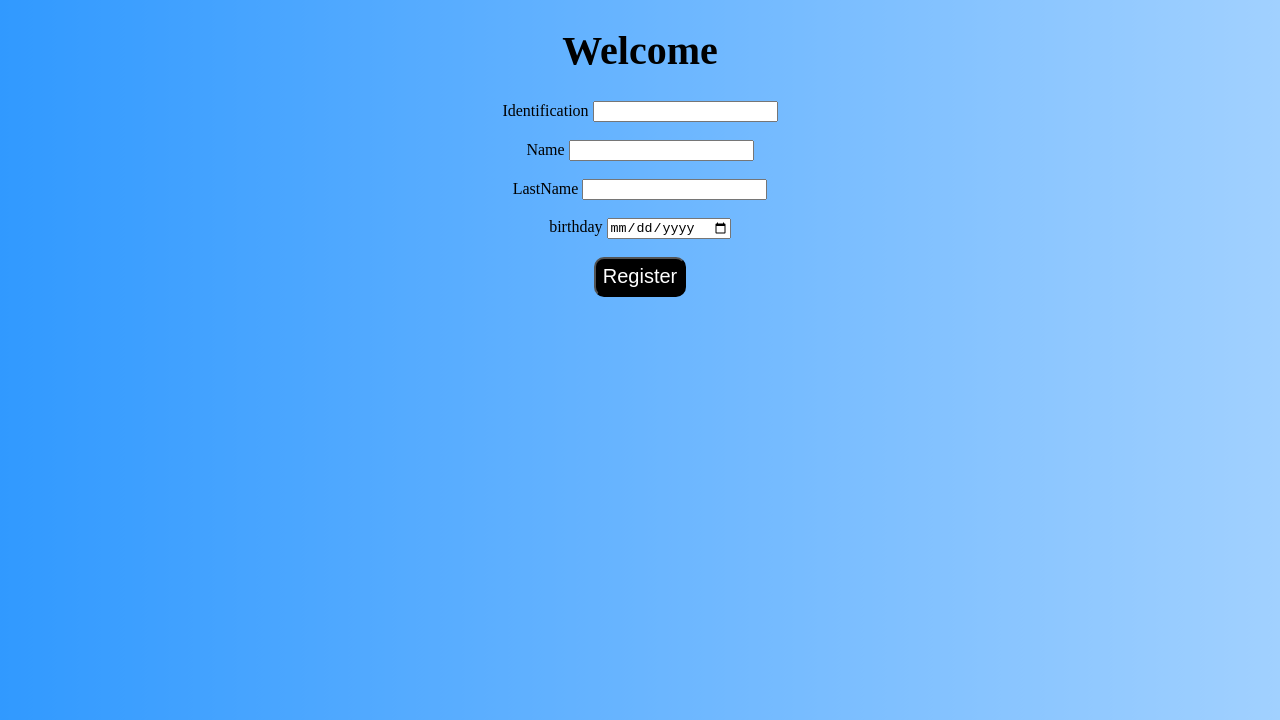
Repository: darubio90/app-tech
Page: http://localhost/
The author's editor kept a record of every edit. The page is drawn from the files as they stood at one moment, then again after the next edit.
The browser window is 1280 px wide. The pictures show the whole page.
The page is served by the project's application, run on Flask 3 (server.py).

Above is the page before.

### templates/home.html
<!DOCTYPE html>
<html>
    <head>
        <meta http-equiv="content-type" content="text/html; charset=utf-8" />
        <title>Web Page </title>
        <link rel="stylesheet" href="../static/css/styleRegister.css" type="text/css" media="all" />
        <script src="../static/js/appRegister.js" type="text/javascript" charset="utf-8"></script>
    </head>
    <body>
        <h1 >Welcome</h1>
        <form action="/register_user" method="POST">
           <label>Identification</label> <input type="number" name="id" /><br> <br>
           <label>Name</label> <input type="text" name="name" /><br> <br>
           <label>LastName</label> <input type="text" name="lastName"> <br> <br>
           <label>birthday</label> <input type="date" name="birthday"> <br> <br>
           <button onClick="registerUser()">Register</button>

    </body>
</html>

### server.py
from flask import Flask, render_template, request

app = Flask(__name__)

@app.route("/")
def home_page():
    return render_template("home.html")

@app.route("/register_page")
def register_page():
    return render_template("register.html")

@app.route("/register_user", methods=["post"])
def register_user():
    id = request.form["id"]
    name = request.form["name"]
    lastname = request.form["lastname"]
    birthday = request.form["birthday"]
    print(id, name, lastname, birthday)
    return "Ok"

if __name__ == "__main__":
    host = '0.0.0.0'
    port = '8080'
    app.run(host, port)

### static/css/styleRegister.css
h1 {
    text-align: center;
    font-size: 40px;
}
body {
    background: linear-gradient(to right, #1e90ff, #ffffff); /* Azul oscuro (#1e90ff) a Blanco (#ffffff) */
    background-size: 200% 200%;
    animation: gradient 60s linear infinite; /* Aumentamos la duración de la animación a 20 segundos */
}

@keyframes gradient {
    0% {
        background-position: 0% 50%;
    }
    50% {
        background-position: 100% 50%;
    }
    100% {
        background-position: 0% 50%;
    }
}


button {
    font-size: 20px;
    background-color: black;
    color: white;
    border-radius: 10px;
    padding: 0.5%;
    margin-left: 0.3%;
    margin-right: 0.3%;
}
form{
    text-align: center;
}

### static/js/appRegister.js
function register(){
    window.location = "/register_page"
}
function consult(){
    alert("Boton de consulta clickeado")
}

### static/css/styleHome.css
img {
    border-style: ridge;
    border-color: white;
    height: 450px;
}
h1 {
    text-align: center;
    font-size: 40px;
}
h2 {
    text-align: center;
    color: white;
}
div{
    text-align: center;
}

button {
    font-size: 20px;
    background-color: black;
    color: white;
    border-radius: 10px;
    padding: 0.5%;
    margin-left: 0.3%;
    margin-right: 0.3%;
}

body {
    background: linear-gradient(to right, #1e90ff, #ffffff); /* Azul oscuro (#1e90ff) a Blanco (#ffffff) */
    background-size: 200% 200%;
    animation: gradient 20s linear infinite; /* Aumentamos la duración de la animación a 20 segundos */
}

@keyframes gradient {
    0% {
        background-position: 0% 50%;
    }
    50% {
        background-position: 100% 50%;
    }
    100% {
        background-position: 0% 50%;
    }
}

### static/js/appHome.js
function register(){
    window.location = "/register_page"
}
function consult(){
    alert("Boton de consulta clickeado")
}

After the next edit:
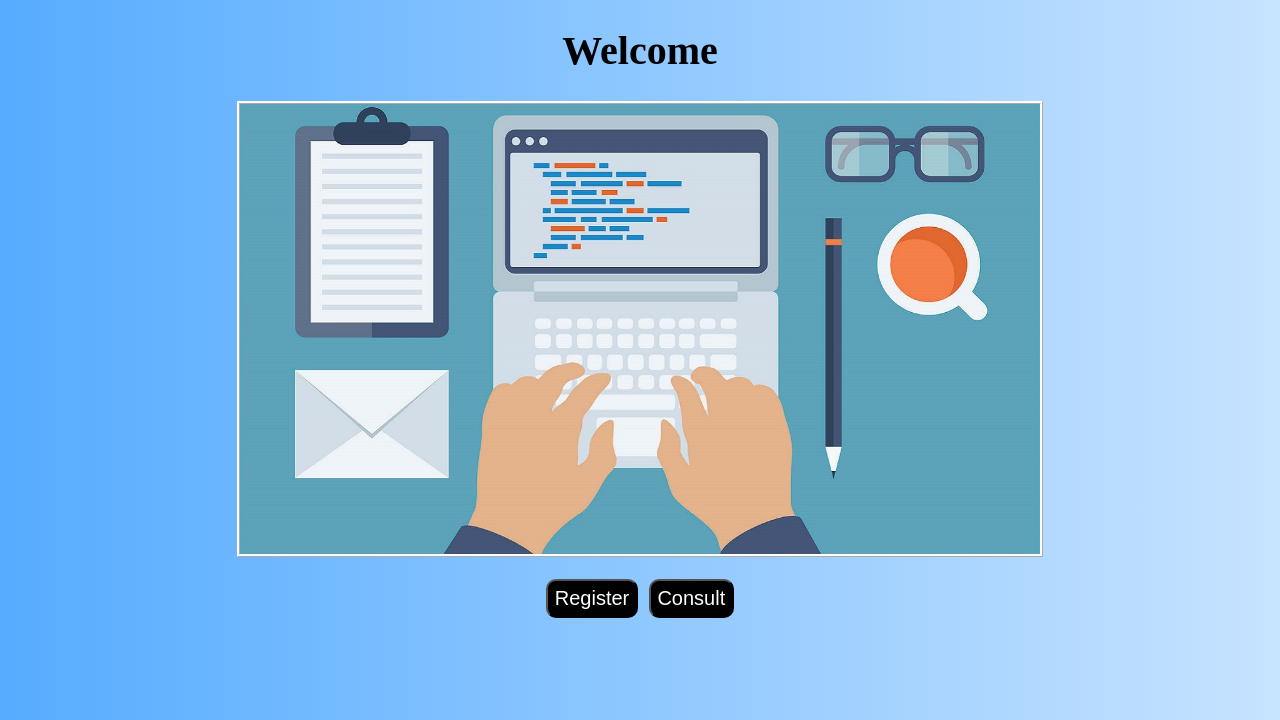
The edit:
--- a/templates/home.html
+++ b/templates/home.html
@@ -2,18 +2,19 @@
 <html>
     <head>
         <meta http-equiv="content-type" content="text/html; charset=utf-8" />
-        <title>Web Page </title>
-        <link rel="stylesheet" href="../static/css/styleRegister.css" type="text/css" media="all" />
-        <script src="../static/js/appRegister.js" type="text/javascript" charset="utf-8"></script>
+        <title>Web App</title>
+        <link rel="stylesheet" href="../static/css/styleHome.css" type="text/css" media="all" />
+        <script src="../static/js/appHome.js" type="text/javascript" charset="utf-8"></script>
     </head>
     <body>
-        <h1 >Welcome</h1>
-        <form action="/register_user" method="POST">
-           <label>Identification</label> <input type="number" name="id" /><br> <br>
-           <label>Name</label> <input type="text" name="name" /><br> <br>
-           <label>LastName</label> <input type="text" name="lastName"> <br> <br>
-           <label>birthday</label> <input type="date" name="birthday"> <br> <br>
-           <button onClick="registerUser()">Register</button>
-
+        <h1> Welcome </h1>
+        <div>
+            <img src="../static/images/home.jpg"></img>
+        </div>
+        <br />
+        <div>
+            <button onClick="register()"> Register  </button>
+            <button onClick="consult()"> Consult  </button>
+        </div>
     </body>
 </html>
